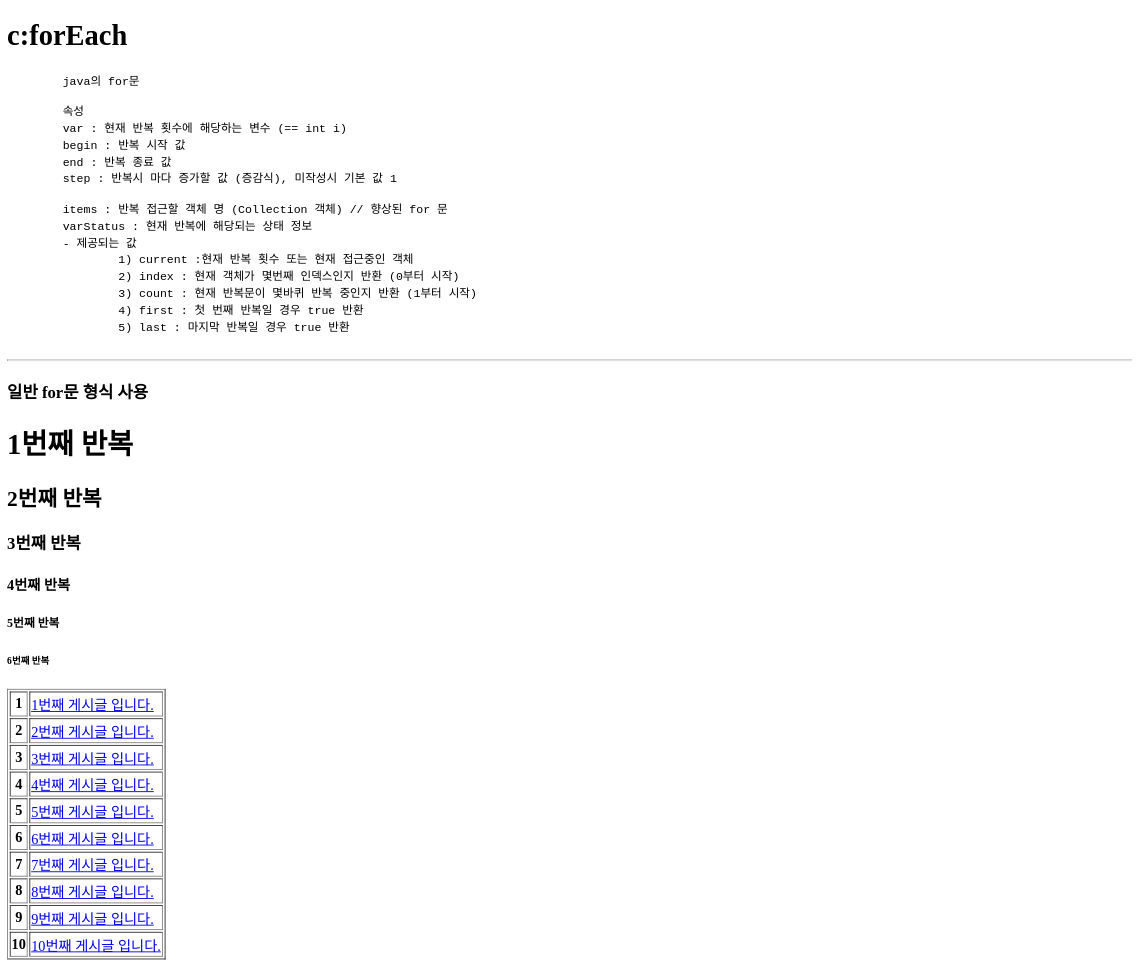
Repository: Seenee-Shin/servlet-jsp
Page: http://localhost/JSPProject/06_JSTL_2.jsp
These files come from the project's save history. The page is drawn as it stood at one moment and after the next save; the edit follows.
The browser window is 1280 px wide. The pictures show the whole page, at 89% of full size.
The page is served by Tomcat 9. Other server files are loaded and not shown.

Above is the page before, as saved 2021-11-30 03:05:22.

### JSPProject/src/main/webapp/06_JSTL_2.jsp
<%@ page language="java" contentType="text/html; charset=UTF-8" pageEncoding="UTF-8"%>
<%@ taglib prefix="c" uri="http://java.sun.com/jsp/jstl/core"%>
<!DOCTYPE html>
<html lang="ko">
<head>
	<meta charset="UTF-8">
	<meta name="viewport" content="width=device-width, initial-scale=1.0">
	<title>06.JSTL - c:forEach</title>
</head>
<body>
	<h1> c:forEach</h1>
	<pre>
	java의 for문

	속성
	var : 현재 반복 횟수에 해당하는 변수 (== int i)
	begin : 반복 시작 값
	end : 반복 종료 값
	step : 반복시 마다 증가할 값 (증감식), 미작성시 기본 값 1

	items : 반복 접근할 객체 명 (Collection 객체) // 향상된 for 문
	varStatus : 현재 반복에 해당되는 상태 정보
	- 제공되는 값
		1) current :현재 반복 횟수 또는 현재 접근중인 객체
		2) index : 현재 객체가 몇번째 인덱스인지 반환 (0부터 시작)
		3) count : 현재 반복문이 몇바퀴 반복 중인지 반환 (1부터 시작)
		4) first : 첫 번째 반복일 경우 true 반환
		5) last : 마지막 반복일 경우 true 반환
	</pre>

	<hr>
	<h3>일반 for문 형식 사용 </h3>
	<c:forEach var="i" begin="1" end="6" >
	<h${i}>${i}번째 반복</h${i}>
	</c:forEach>

	<table border="1">
		<tbody>
			<c:forEach var="i" begin="1" end="10">
				<tr>
					<th>${i}</th>
					<td>
						<a href="#">${i}번째 게시글 입니다.</a>
					</td>
				</tr>
			</c:forEach>
		</tbody>
	</table>

</body>
</html>

After the next save:
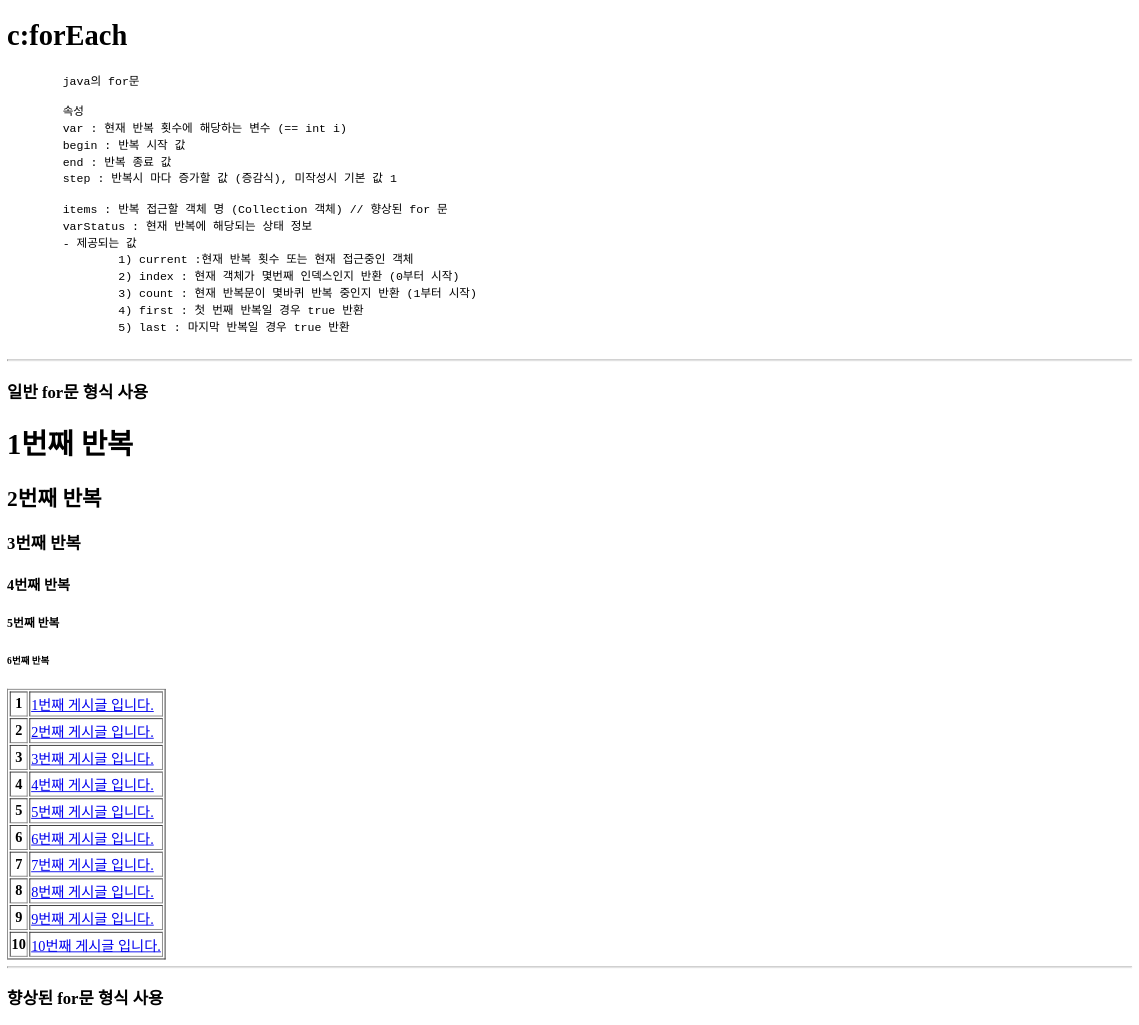
Saved 2 min 6 s later.
--- a/JSPProject/src/main/webapp/06_JSTL_2.jsp
+++ b/JSPProject/src/main/webapp/06_JSTL_2.jsp
@@ -47,5 +47,8 @@
 		</tbody>
 	</table>
 
+	<hr>
+	<h3>향상된 for문 형식 사용</h3>
+
 </body>
 </html>
